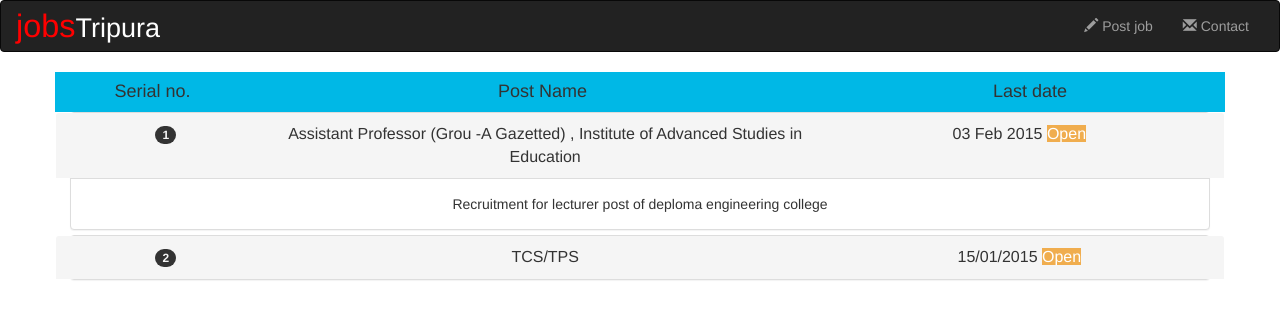
Repository: jobstripura/jobstripura.github.io
Page: index.html
The author's editor kept a record of every edit. The page is drawn from the files as they stood at one moment, then again after the next edit.
The browser window is 1280 px wide. The pictures show the whole page.
Some web libraries are served in a nearby version.

Above is the page before.

### index.html
<!DOCTYPE html>
<html lang="en">
<head>
  <title>jobsTripura: Online job portal of Tripura</title>
  <title>Online job portal of Tripura</title>
  <meta charset="utf-8">
  <meta name="viewport" content="width=device-width, initial-scale=1">
  <link rel="stylesheet" href="http://maxcdn.bootstrapcdn.com/bootstrap/3.2.0/css/bootstrap.min.css">
  <script src="https://ajax.googleapis.com/ajax/libs/jquery/1.11.1/jquery.min.js"></script>
  <script src="http://maxcdn.bootstrapcdn.com/bootstrap/3.2.0/js/bootstrap.min.js"></script>

</head>
<body>

<nav class="navbar navbar-inverse">
  <div class="container-fluid">
    <div class="navbar-header">
      <button type="button" class="navbar-toggle" data-toggle="collapse" data-target="#myNavbar">
        <span class="icon-bar"></span>
        <span class="icon-bar"></span>
        <span class="icon-bar"></span>
      </button>
      <a class="navbar-brand" href="jobsTripura.github.io"><span style="color:red; font-size:1.8em">jobs</span><span style="color:white; font-size:1.5em">Tripura</span></a>
    </div>
    <div class="collapse navbar-collapse" id="myNavbar">
      <ul class="nav navbar-nav navbar-right">
        <li><a href="postjob.html"><span class="glyphicon glyphicon-pencil"></span> Post job</a></li>
        <li><a href="contact.html"><span class="glyphicon glyphicon-envelope"></span> Contact</a></li>
      </ul>
    </div>
  </div>
</nav>
     <div class="container" style="text-align: center">

         <div class="row" style="background-color:#00B8E6;" >
             <div class="col-xs-12 col-md-2"><h4>Serial no.</h4></div>
             <div class="col-xs-12 col-md-6"><h4>Post Name</h4></div>
             <div class="col-xs-12 col-md-4"><h4>Last date</h4></div>
         </div>
   <!--job panel startes bellow-->
      <div class="panel-group " id="accordion">
        <div class="panel panel-default">
           <div class="panel-heading row" data-toggle="collapse" data-parent="#accordion" href="#collapse1">
                 <div class="col-xs-12 col-md-2 panel-title"><span class="badge">1</span></div>
                 <div class="col-xs-12 col-md-6 panel-title">Assistant Professor (Grou -A Gazetted) , Institute of Advanced Studies in Education</div>
                 <div class="col-xs-12 col-md-4 panel-title">03 Feb 2015 <span class="btn-warning">Open</span></div>
            </div>


              <div id="collapse1" class="panel-collapse collapse in">
            <div class="panel-body"> Recruitment for lecturer post of deploma engineering college</div>
          </div>
        </div>
           <!--end of 1st panel -->
           <!--job panel startes bellow-->
           <div class="panel panel-default">
           <div class="panel-heading row" data-toggle="collapse" data-parent="#accordion" href="#collapse2">
                 <div class="col-xs-12 col-md-2 panel-title"><span class="badge">2</span></div>
                 <div class="col-xs-12 col-md-6 panel-title">TCS/TPS</div>
                 <div class="col-xs-12 col-md-4 panel-title">15/01/2015 <span class="btn-warning">Open</span></div>
            </div>


              <div id="collapse2" class="panel-collapse collapse">
            <div class="panel-body"> Recruitment for lecturer post of deploma engineering college</div>
          </div>
        </div>
               <!--end of panel -->


      </div>
    </div>
    <!-- Start of StatCounter Code for Default Guide -->
<script type="text/javascript">
var sc_project=10223101;
var sc_invisible=1;
var sc_security="c7f3ad1d";
var scJsHost = (("https:" == document.location.protocol) ?
"https://secure." : "http://www.");
document.write("<sc"+"ript type='text/javascript' src='" +
scJsHost+
"statcounter.com/counter/counter.js'></"+"script>");
</script>
<noscript><div class="statcounter"><a title="hits counter"
href="http://statcounter.com/" target="_blank"><img
class="statcounter"
src="http://c.statcounter.com/10223101/0/c7f3ad1d/1/"
alt="hits counter"></a></div></noscript>
<!-- End of StatCounter Code for Default Guide -->
</body>
</html>

### mystyle.css
.jobdetails{
    text-align: left;
    float: left;
}

After the next edit:
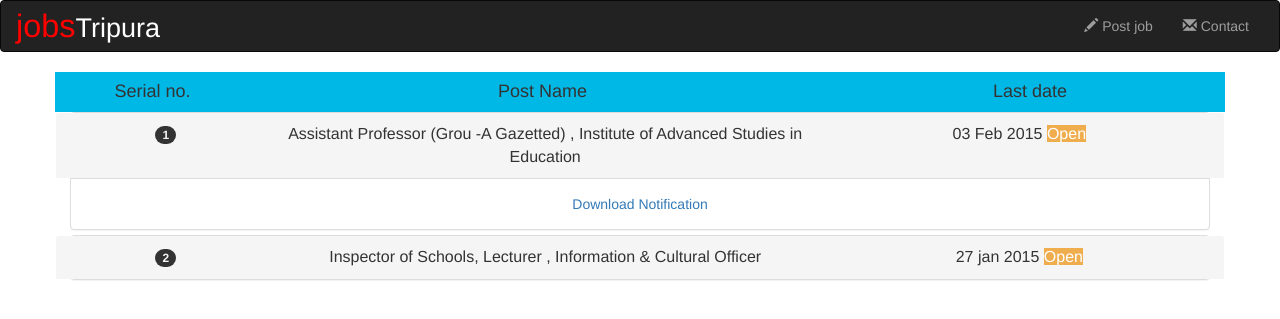
The edit:
--- a/index.html
+++ b/index.html
@@ -2,13 +2,12 @@
 <html lang="en">
 <head>
   <title>jobsTripura: Online job portal of Tripura</title>
-  <title>Online job portal of Tripura</title>
   <meta charset="utf-8">
   <meta name="viewport" content="width=device-width, initial-scale=1">
   <link rel="stylesheet" href="http://maxcdn.bootstrapcdn.com/bootstrap/3.2.0/css/bootstrap.min.css">
   <script src="https://ajax.googleapis.com/ajax/libs/jquery/1.11.1/jquery.min.js"></script>
   <script src="http://maxcdn.bootstrapcdn.com/bootstrap/3.2.0/js/bootstrap.min.js"></script>
-
+    <link rel="stylesheet" href="mystyle.css">
 </head>
 <body>
 
@@ -48,7 +47,7 @@
 
 
               <div id="collapse1" class="panel-collapse collapse in">
-            <div class="panel-body"> Recruitment for lecturer post of deploma engineering college</div>
+            <div class="panel-body"><a href="https://drive.google.com/file/d/0B1VTpwjWY-j1VTllN3hwUk13c3c/view?usp=sharing" target="_blank">Download  Notification</a></div>
           </div>
         </div>
            <!--end of 1st panel -->
@@ -56,20 +55,32 @@
            <div class="panel panel-default">
            <div class="panel-heading row" data-toggle="collapse" data-parent="#accordion" href="#collapse2">
                  <div class="col-xs-12 col-md-2 panel-title"><span class="badge">2</span></div>
-                 <div class="col-xs-12 col-md-6 panel-title">TCS/TPS</div>
-                 <div class="col-xs-12 col-md-4 panel-title">15/01/2015 <span class="btn-warning">Open</span></div>
+                 <div class="col-xs-12 col-md-6 panel-title">Inspector of Schools, Lecturer , Information & Cultural Officer</div>
+                 <div class="col-xs-12 col-md-4 panel-title">27 jan 2015 <span class="btn-warning">Open</span></div>
             </div>
 
 
+
               <div id="collapse2" class="panel-collapse collapse">
-            <div class="panel-body"> Recruitment for lecturer post of deploma engineering college</div>
+            <div class="panel-body">
+                <div class="jobdetails">
+                    <p>Eligibility : ME/M.Tech, BA, B.Pharm, BE/B.Tech</p>
+                    <p>Location : Agartala<p>
+                    <p>Job Category : Govt Jobs, Teaching, Others</p>
+                    <p>Last Date : 27 Jan 2015</p>
+                    <p>Job Type : Full Time</p>
+                    <p>Hiring Process : Written-test</p>
+                    <p><a href="https://www.dropbox.com/s/s8xcmisoav7bhx6/job0002.pdf?dl=0" target="_blank">Download                                    Notification</a></p>
+                </div>
+
+</div></div>
           </div>
         </div>
                <!--end of panel -->
 
 
       </div>
-    </div>
+
     <!-- Start of StatCounter Code for Default Guide -->
 <script type="text/javascript">
 var sc_project=10223101;
